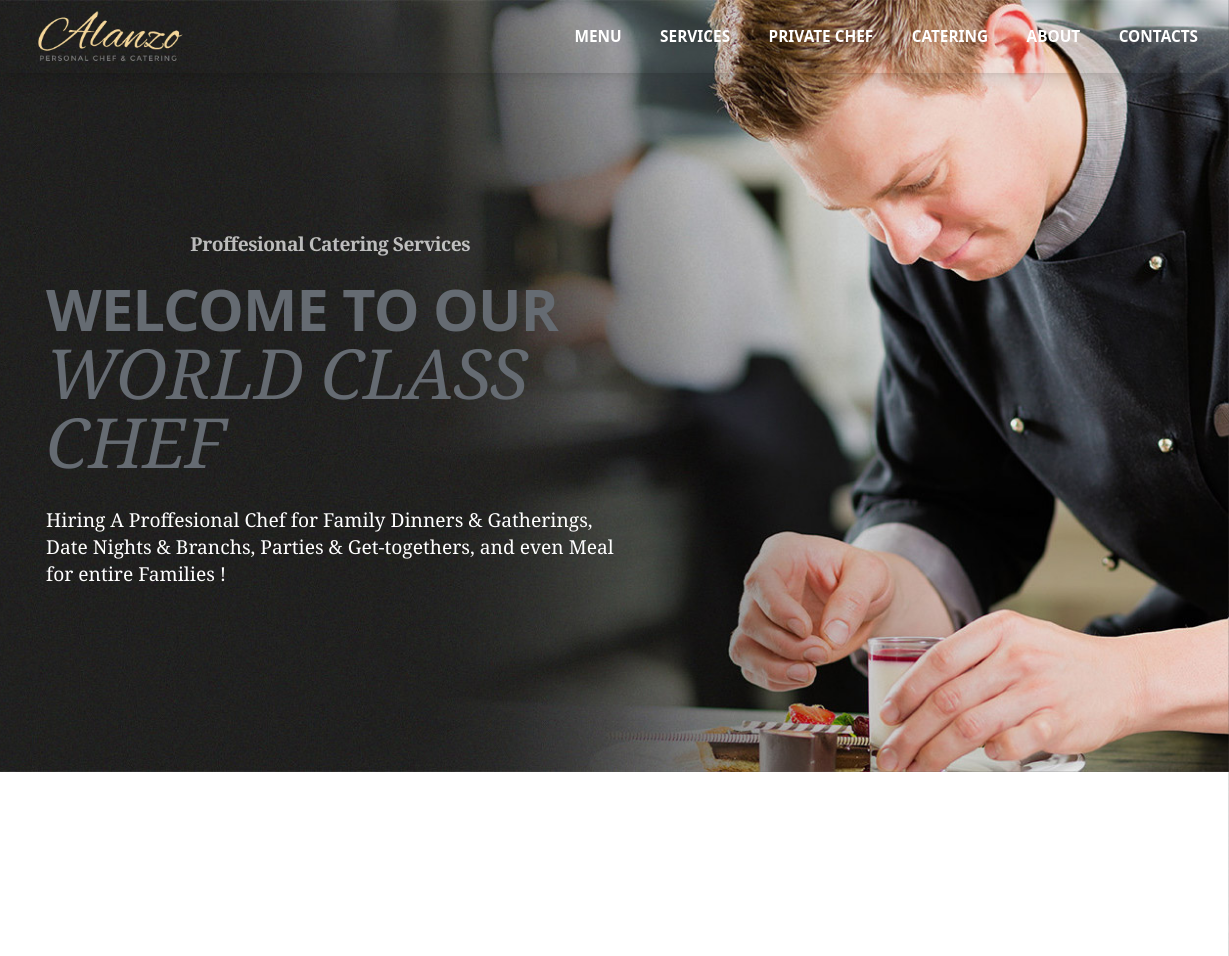
Repository: remydev47/alanzo
Page: /
The author's editor kept a copy of each file at every save. The page is drawn from the files as they stood at one save, then again after the next save.
The browser window is 1280 px wide. The pictures show the whole page, at 96% of full size.
The project was rebuilt for these pictures with package versions that can differ from the ones it lists, and the page was loaded fresh each time. The framework's server and built-in components were replaced by stand-ins that run in the browser. Also part of the build but not shown: next.config.js, components/Aboutus.tsx, components/Consulting.tsx, components/Catering.tsx, components/Menu.tsx, components/Testimonials.tsx, components/CTA.tsx, components/Footer.tsx.

Above is the page before, as saved 2022-12-17 11:50:24.

After the next save:
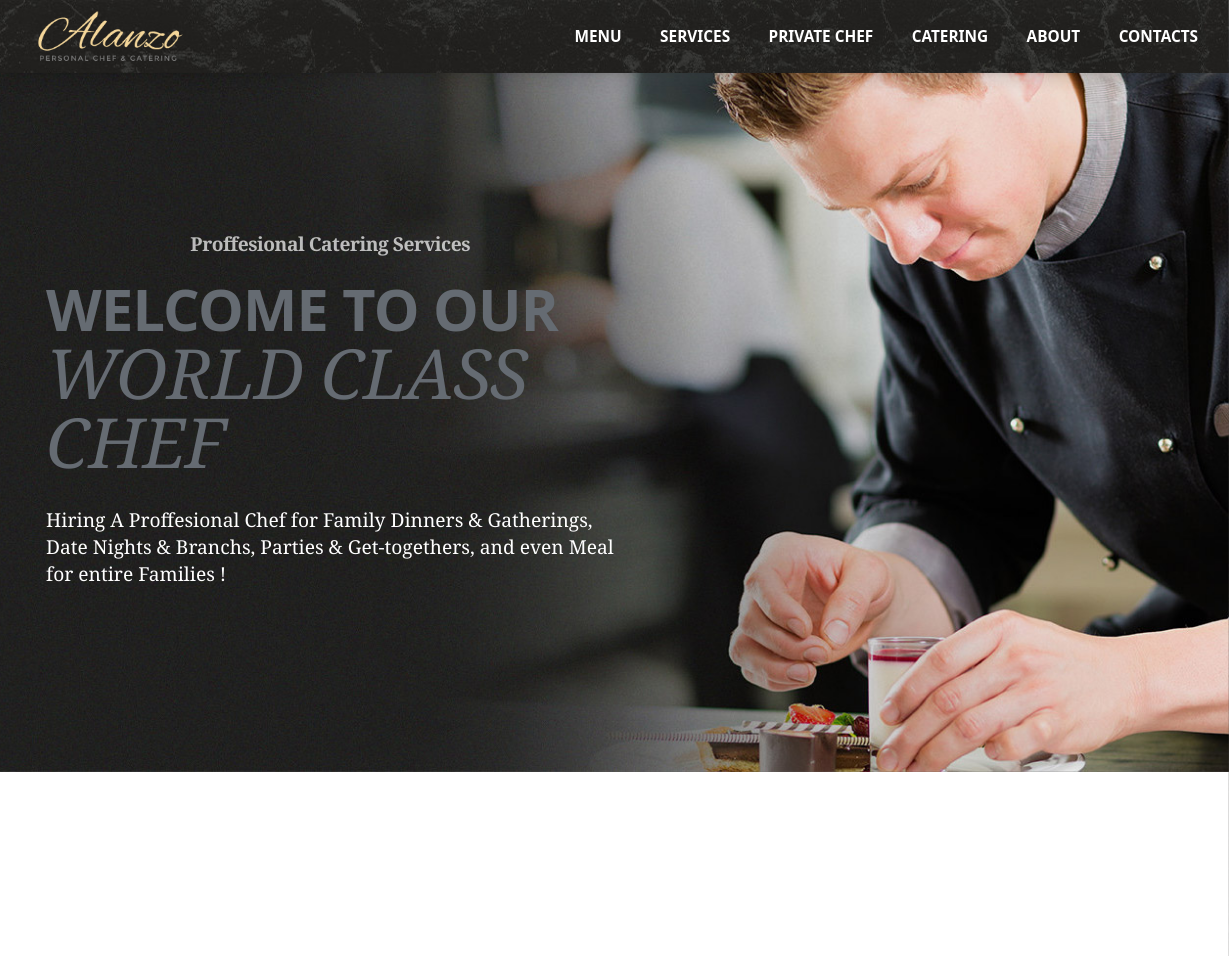
Saved 44 s later.
--- a/components/Navbar.tsx
+++ b/components/Navbar.tsx
@@ -7,7 +7,7 @@ import { Button } from './Button';
 
 const Navbar = () => {
   return (
-    <header className="fixed inset-x-0 bg-transparent z-20 flex justify-between items-center py-2 px-2 shadow-lg dark:bg-slate-900 sm:py-3 sm:px-8">
+    <header className="fixed inset-x-0 bg-[url('/images/bg_2.jpg')] z-20 flex justify-between items-center py-2 px-2 shadow-lg dark:bg-slate-900 sm:py-3 sm:px-8">
             <div className='flex grow-0 basis-1/3 md:hidden'>
                 <Menupopover />
             </div>
